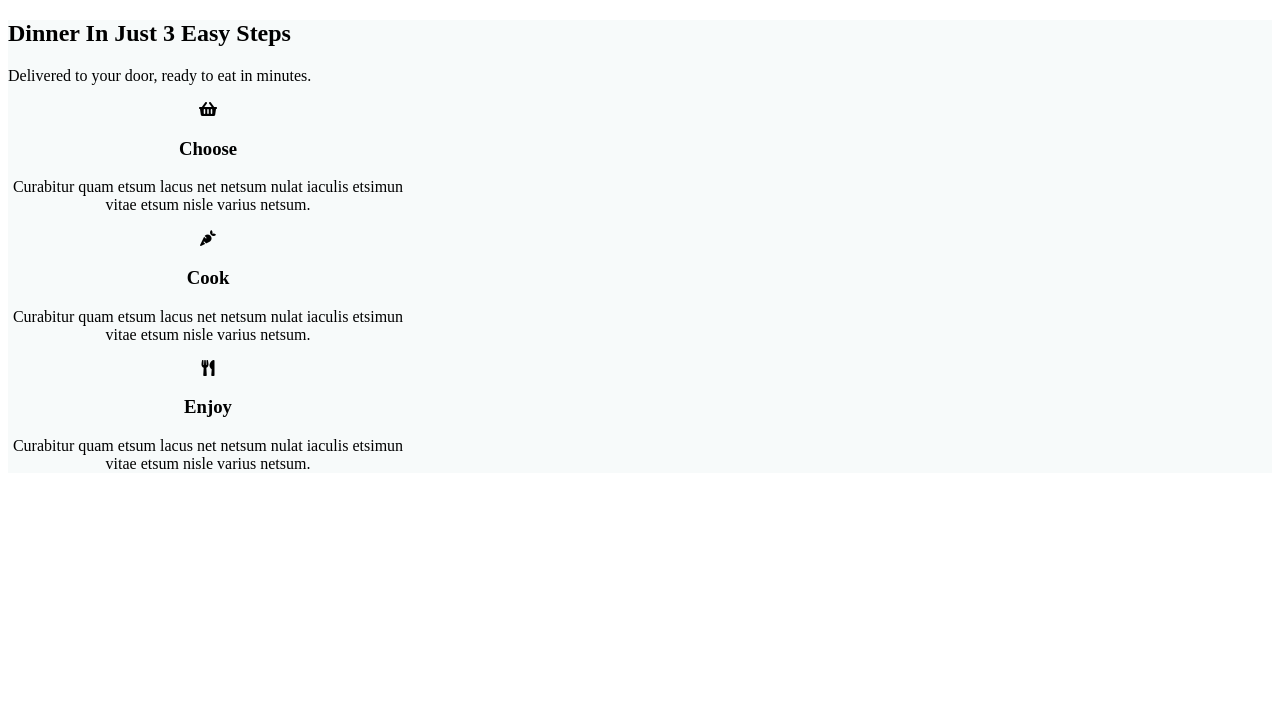
Repository: ST-United-Internship/leadpage
Page: wrapper-UI.html
These files come from the project's save history. The page is drawn as it stood at one moment and after the next save; the edit follows.
The browser window is 1280 px wide. The pictures show the whole page.

Above is the page before, as saved 2023-03-15 14:44:20.

After the next save:
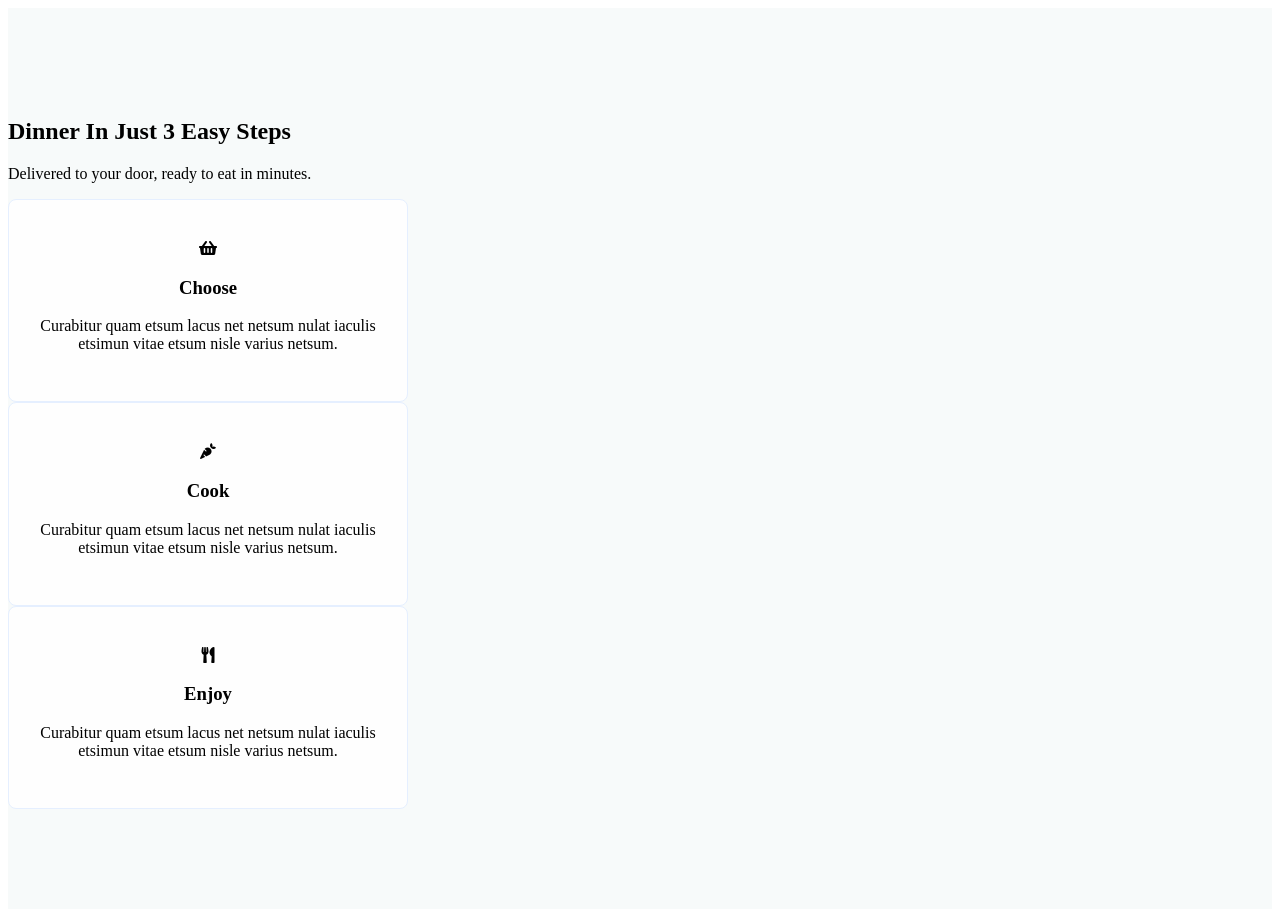
Saved 26 s later.
--- a/wrapper-UI.html
+++ b/wrapper-UI.html
@@ -5,7 +5,7 @@
     <meta http-equiv="X-UA-Compatible" content="IE=edge">
     <meta name="viewport" content="width=device-width, initial-scale=1.0">
     <title>Document</title>
-    <link rel="stylesheet" href="css/card-UI.css">
+    <link rel="stylesheet" href="css/wrapper-UI.css">
     <link rel="stylesheet" href="css/common.css">
     <link rel="stylesheet" href="https://use.fontawesome.com/releases/v5.15.4/css/all.css" integrity="sha384-DyZ88mC6Up2uqS4h/KRgHuoeGwBcD4Ng9SiP4dIRy0EXTlnuz47vAwmeGwVChigm" crossorigin="anonymous"/>
 </head>
